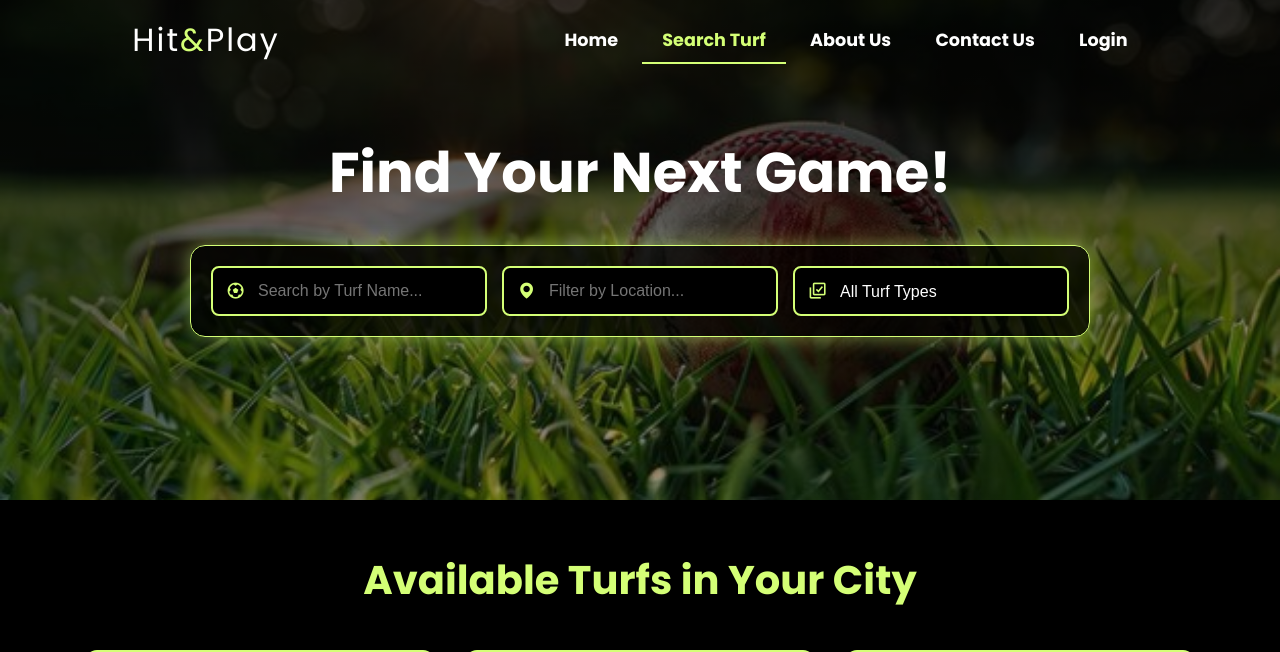
Repository: nilofar-nadaf/TurfBookingSystem
Page: http://localhost/searchTurf
These files come from the project's save history. The page is drawn as it stood at one moment and after the next save; the edit follows.
The browser window is 1280 px wide. The pictures show the part of the page from y = 0 to 652 px (the page is 1622 px tall).
Pictures or frames that could not be fetched are drawn as grey boxes. The page is this project's Thymeleaf template; nobody is signed in. The template is opened directly, without the code that normally fills it, so the values that code supplies are empty.

Above is the page before, as saved 2025-10-16 18:29:41.

After the next save:
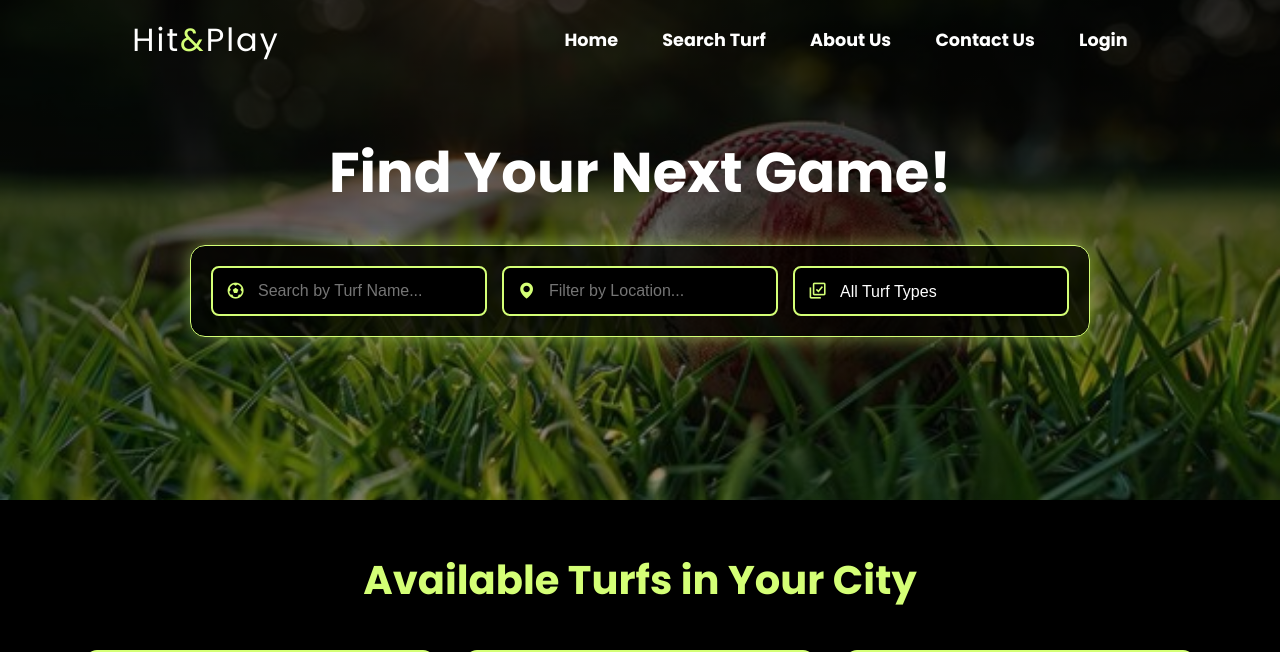
Saved 3 min 48 s later.
--- a/CricketTurfBooking/CricketTurfBookingSystem/src/main/resources/templates/searchTurf.html
+++ b/CricketTurfBooking/CricketTurfBookingSystem/src/main/resources/templates/searchTurf.html
@@ -28,7 +28,7 @@
             <div class="logo">Hit<span class="hit">&</span>Play</div>
             <div class="menu">
 				<a th:href="@{/home}">Home</a>
-				           <a th:href="@{/searchTurf}" style="border-bottom: 2px solid var(--primary-color); color: var(--primary-color);">Search Turf</a>
+				           <a th:href="@{/searchTurf}">Search Turf</a>
 				            <a th:href="@{/aboutUs}">About Us</a>
 				            <a th:href="@{/contactUs}">Contact Us</a>
 				            <a th:href="@{/login}">Login</a>
